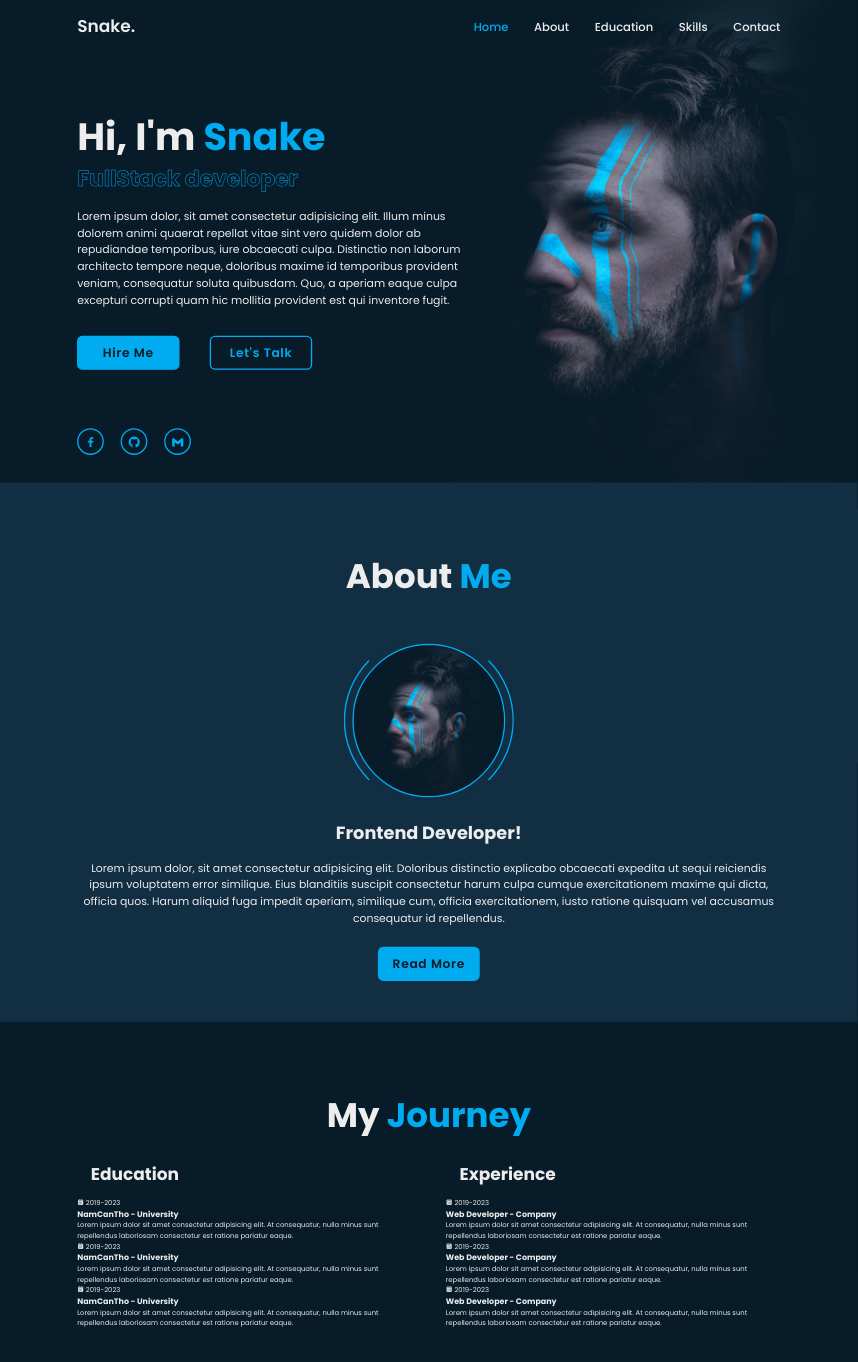
Repository: Tanty102/About_Me
Page: index.html
An editor plug-in stored every save of this project. The page is shown before and after a run of saves, followed by the edit.
The browser window is 1280 px wide. The pictures show the whole page, at 67% of full size.

Above is the page before, as saved 2023-09-12 18:36:27.

After the next 5 saves:
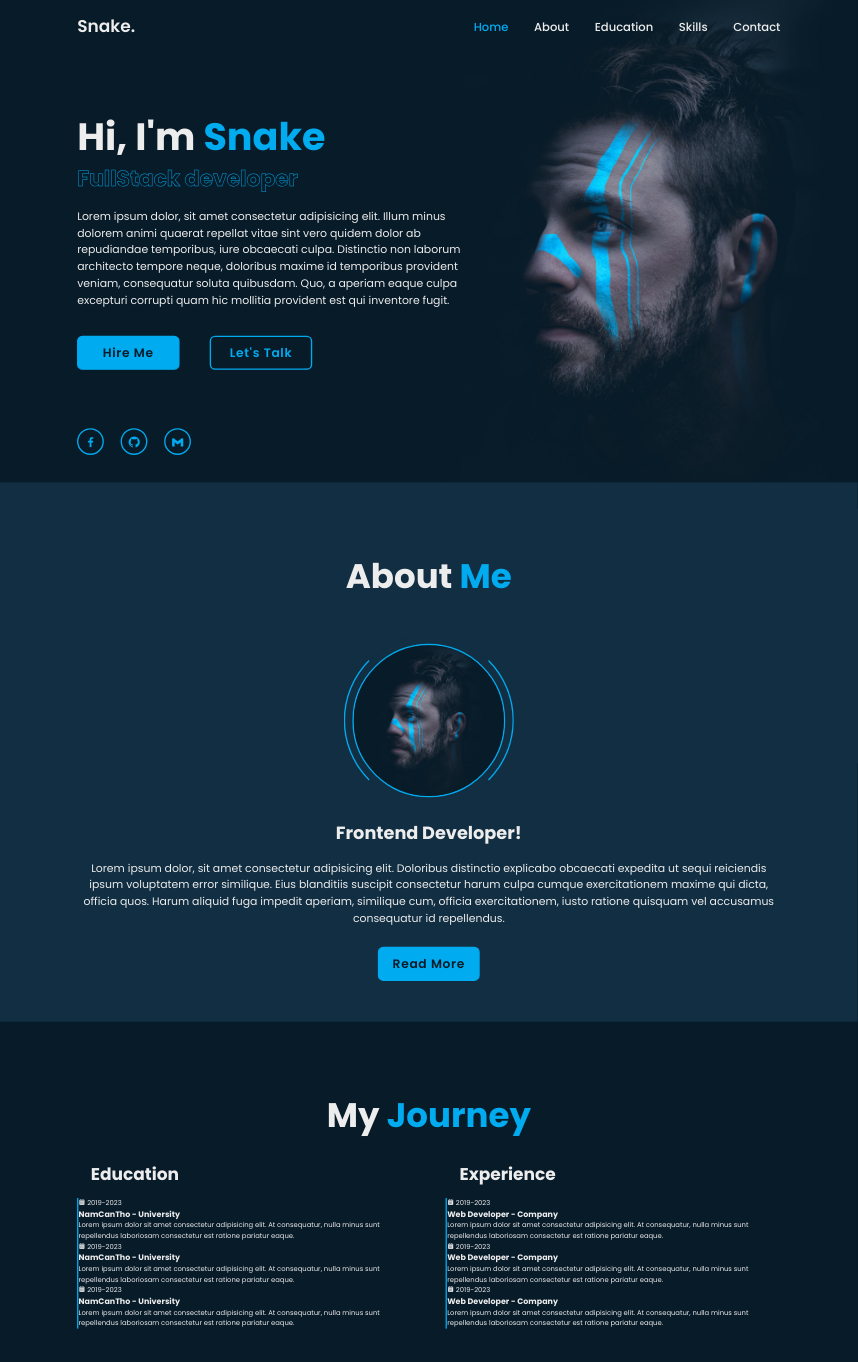
The 5 saves are shown as one change because they came seconds apart.
The last was saved 13 s later.
--- a/style.css
+++ b/style.css
@@ -323,5 +323,5 @@ span {
 }
 
 .education-column .education-box {
-  border-left: .2rem soild ;
-}
+  border-left: .2rem solid var(--main-color);
+}
